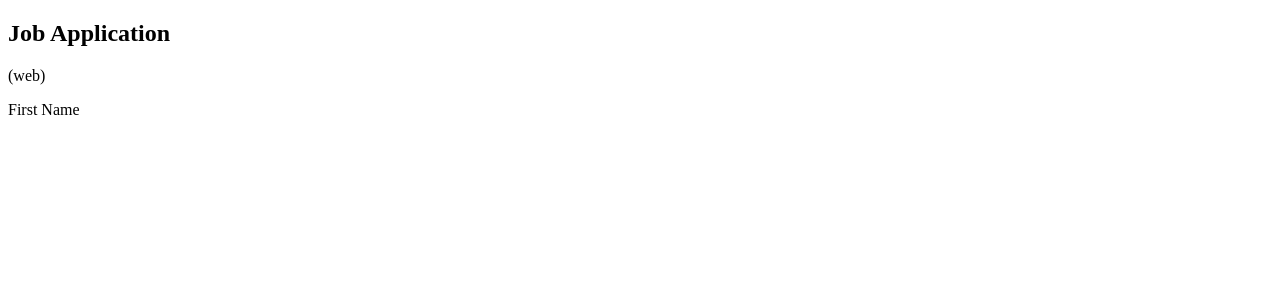
Repository: diensy/JOB-APPLICATION
Page: index.html
These files come from the project's save history. The page is drawn as it stood at one moment and after the next save; the edit follows.
The browser window is 1280 px wide. The pictures show the whole page.

Above is the page before, as saved 2024-02-27 00:12:11.

After the next save:
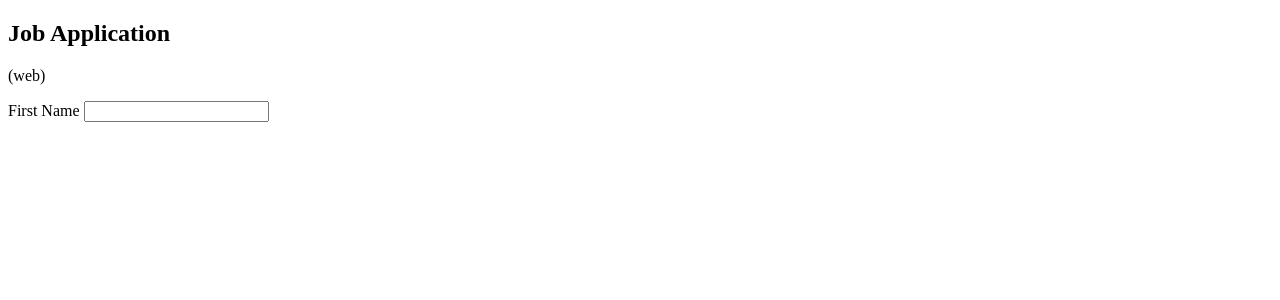
Saved 32 s later.
--- a/index.html
+++ b/index.html
@@ -9,7 +9,8 @@
     <h2>Job Application</h2>
     <p>(web)</p>
     <form action="">
-      <label for="FirstName">First Name</label>
+      <label for="FirstName" id="first">First Name</label>
+      <input type="text" id="first" />
     </form>
   </body>
 </html>
